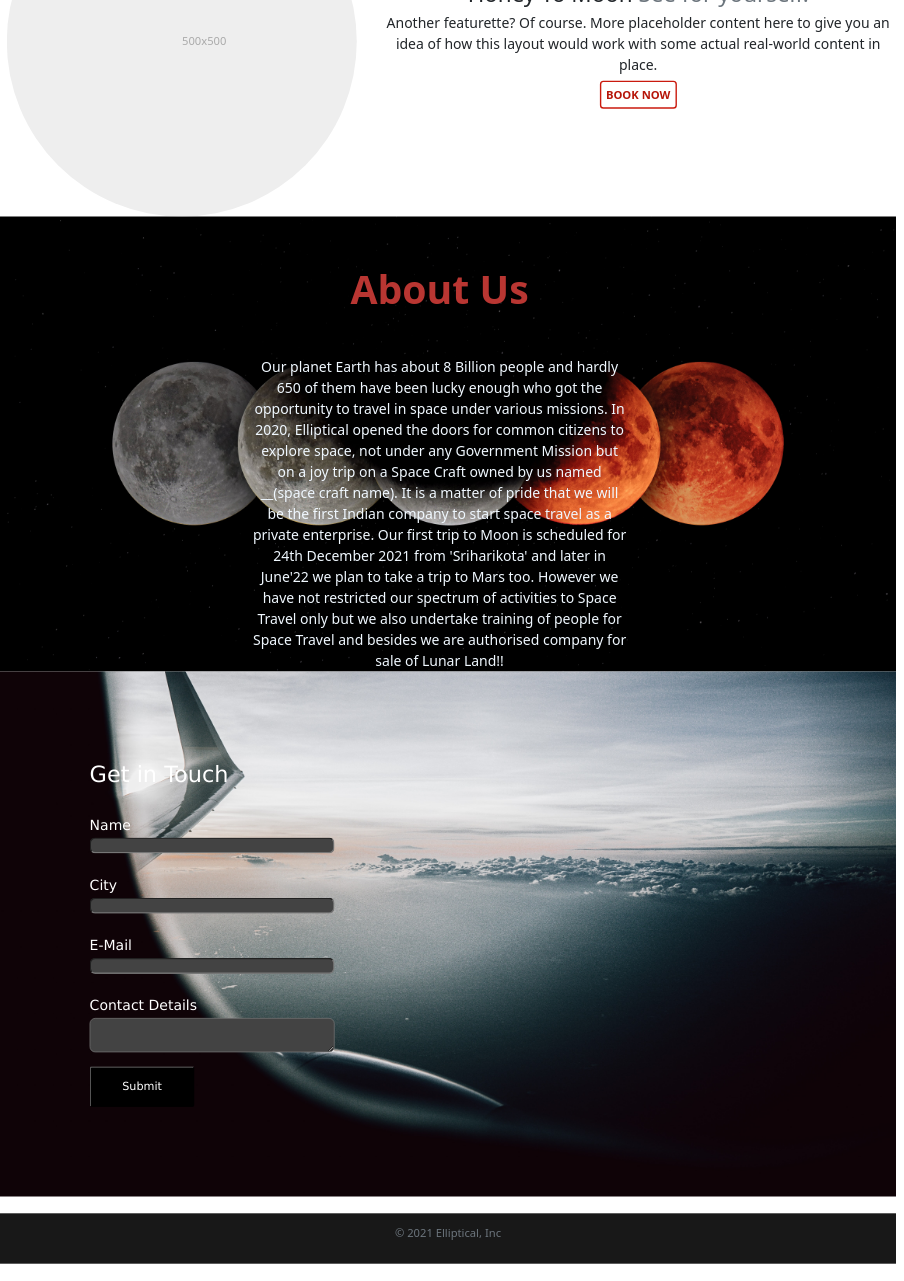
Repository: sarthakkathpalia/elliptical
Page: html/home.html
An editor plug-in stored every save of this project. The page is shown before and after the next save, followed by the edit.
The browser window is 1280 px wide. The page is 1292 px wide, so the pictures cover 1292 px, including what lies to the right of the window. The pictures show the part of the page from y = 2435 to 4315 px (the page is 4265 px tall before and 4315 px after), at 70% of full size.
Some web libraries are served in a nearby version.

Above is the page before, as saved 2021-10-30 20:46:09.
Console error: ReferenceError: emailjs is not defined

After the next save:
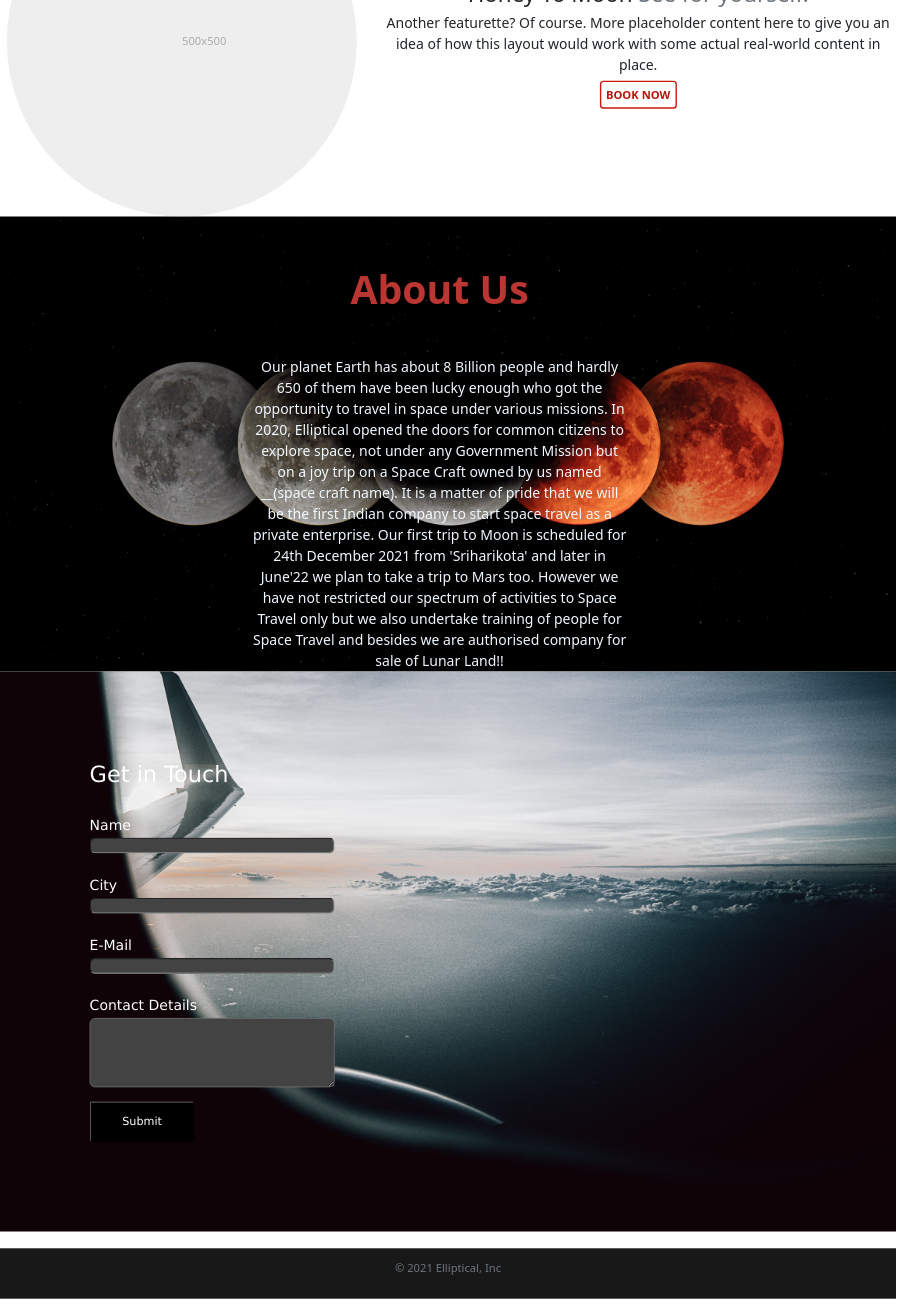
Saved 13 s later.
--- a/Css/home.css
+++ b/Css/home.css
@@ -167,7 +167,7 @@ section {
       }
       .form{
 
-          height: 750px;
+          height: 800px;
         font-family:'Lucida Sans', 'Lucida Sans Regular', 'Lucida Grande', 'Lucida Sans Unicode', Geneva, Verdana, sans-serif;
         padding: 10%;
         /* background: url('215c7fdca6033092baa04b35c17466bd.gif') no-repeat ;
